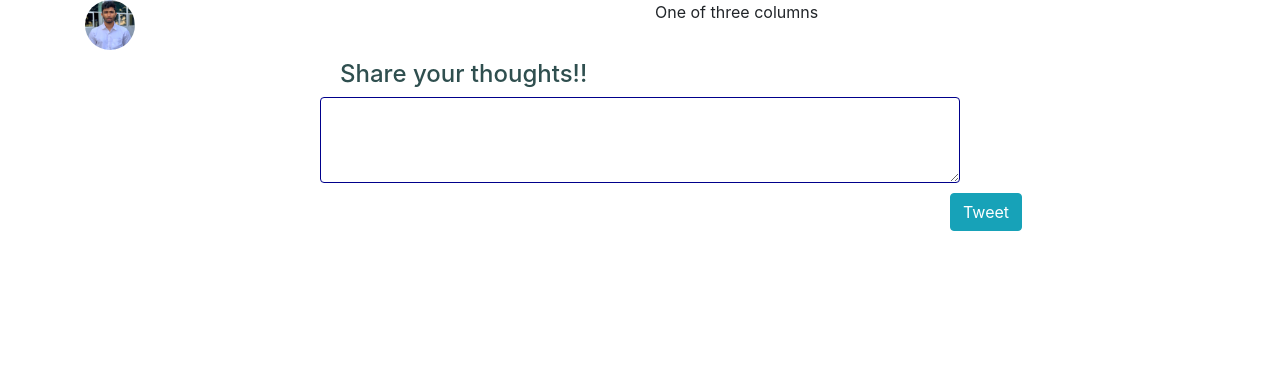
Repository: rashmikagamage/OAuth-Implementation
Page: / (app in frontend/)
These files come from the project's save history. The page is drawn as it stood at one moment and after the next save; the edit follows.
The browser window is 1280 px wide. The pictures show the whole page.
Some web libraries are served in a nearby version. The project was rebuilt for these pictures with package versions that can differ from the ones it lists, and the page was loaded fresh each time. Also part of the build but not shown: frontend/src/components/login.js, frontend/src/components/git-home.js, frontend/src/App.css.

Above is the page before, as saved 2021-09-08 10:42:16.

After the next save:
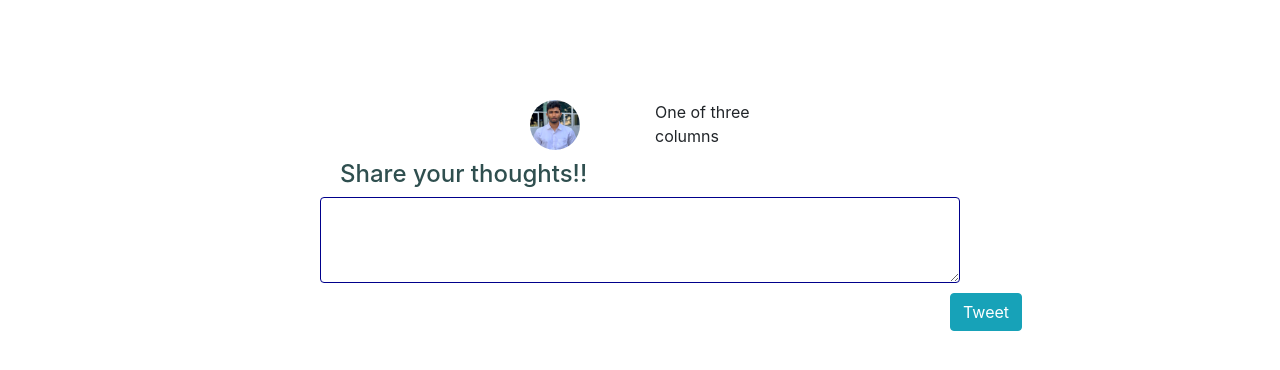
Saved 7 s later.
--- a/frontend/src/components/twitter-home.js
+++ b/frontend/src/components/twitter-home.js
@@ -10,7 +10,7 @@ function TwitterHome(props) {
     }
   return (
     <div>
-      <div class="container">
+      <div class="container avatar-cont">
         <div class="row">
           <div class="col-sm">
           <img src={avatar} alt="Avatar" class="avatar"></img>
